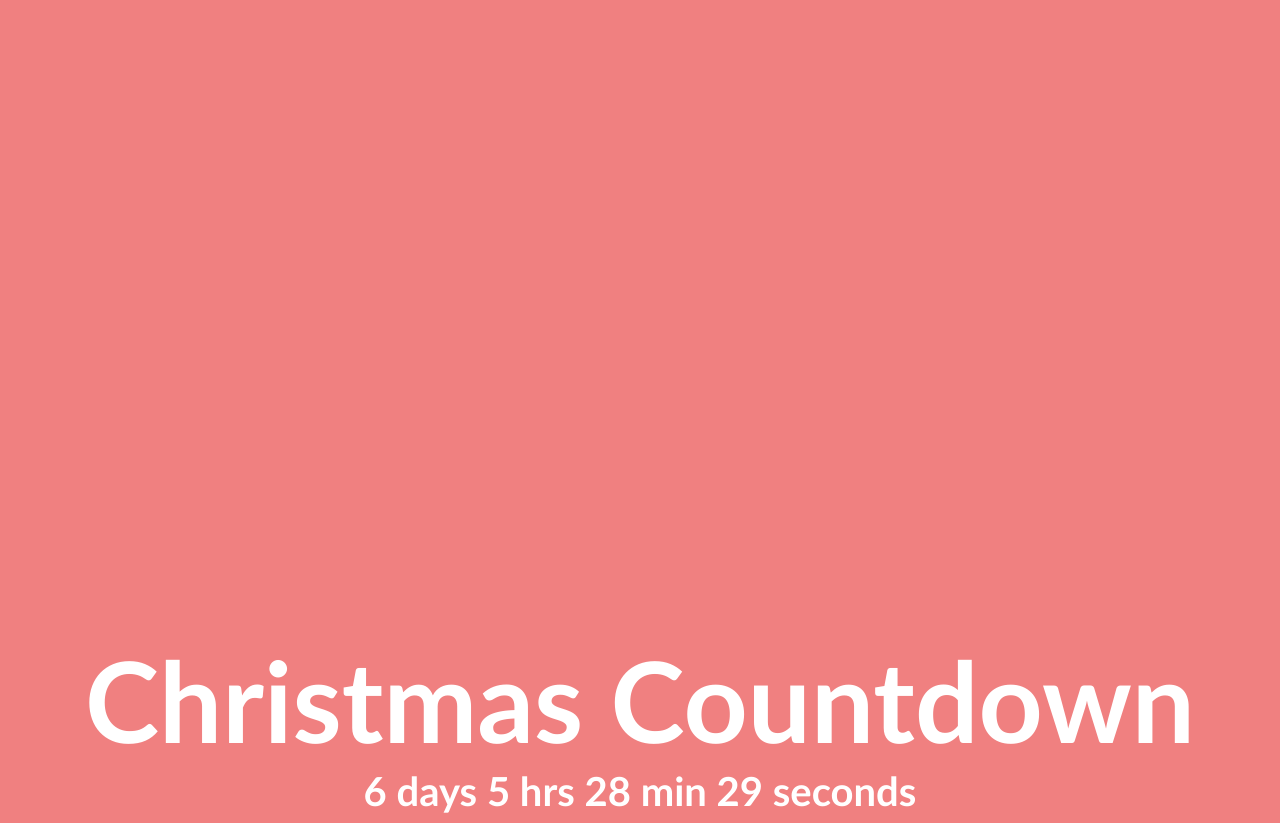
Repository: notMaximilian/countdown-timer
Page: index.html
The author's editor kept a copy of each file at every save. The page is drawn from the files as they stood at one save, then again after the next save.
The browser window is 1280 px wide. The pictures show the whole page.

Above is the page before, as saved 2021-12-18 19:02:59.

### index.html
<html lang="en">
    <head>
        <meta charset="utf-8"/>
        <title>Christmas Countdown</title>
        <link rel="stylesheet" href="styles.css"/>
    </head>
    <body>
        <h1 id="main-text">Christmas Countdown</h1>
        <h1 id="time-left"></h1>
        <script src="app.js"></script>
    </body>
</html>

### styles.css
body{
    background-color: lightcoral;
    text-align: center;
    color:#ffffff;
    font-family: 'Trebuchet MS', 'Lucida Sans Unicode', 'Lucida Grande', 'Lucida Sans', Arial, sans-serif;
}

h1 { padding:0; margin:0; }

#main-text{
    margin-top: 50%;
    font-size: 700%;

}

#time-left{
    font-size:  250%;
}

### app.js
const timeLeft = document.getElementById('time-left')
let timerId;
//Units of time
const second = 1000
const minute = second * 60
const hour = minute * 60
const day = hour * 24

const christmas = new Date('12/25/2021')

function countdown(){
    const today = new Date();
    const timeSpan = christmas - today;

    if(timeSpan <= -day){
        timeLeft.innerHTML("I hope you had a Merry Christmas!!!")
        clearInterval(timerId)
        return
    }

    if (timeSpan <= 0){
        timeLeft.innerHTML("Merry Christmas!!!")
        clearInterval(timerId)
        return
    }

    const days = Math.floor(timeSpan / day)
    const hours = Math.floor((timeSpan % day) / hour)
    const minutes = Math.floor((timeSpan % hour) / minute)
    const seconds = Math.floor((timeSpan % minute) / second)

    timeLeft.innerHTML = days + " days " + hours + " hrs " + minutes + " min " + seconds + " seconds"

}

timerId = setInterval(countdown, second)

After the next save:
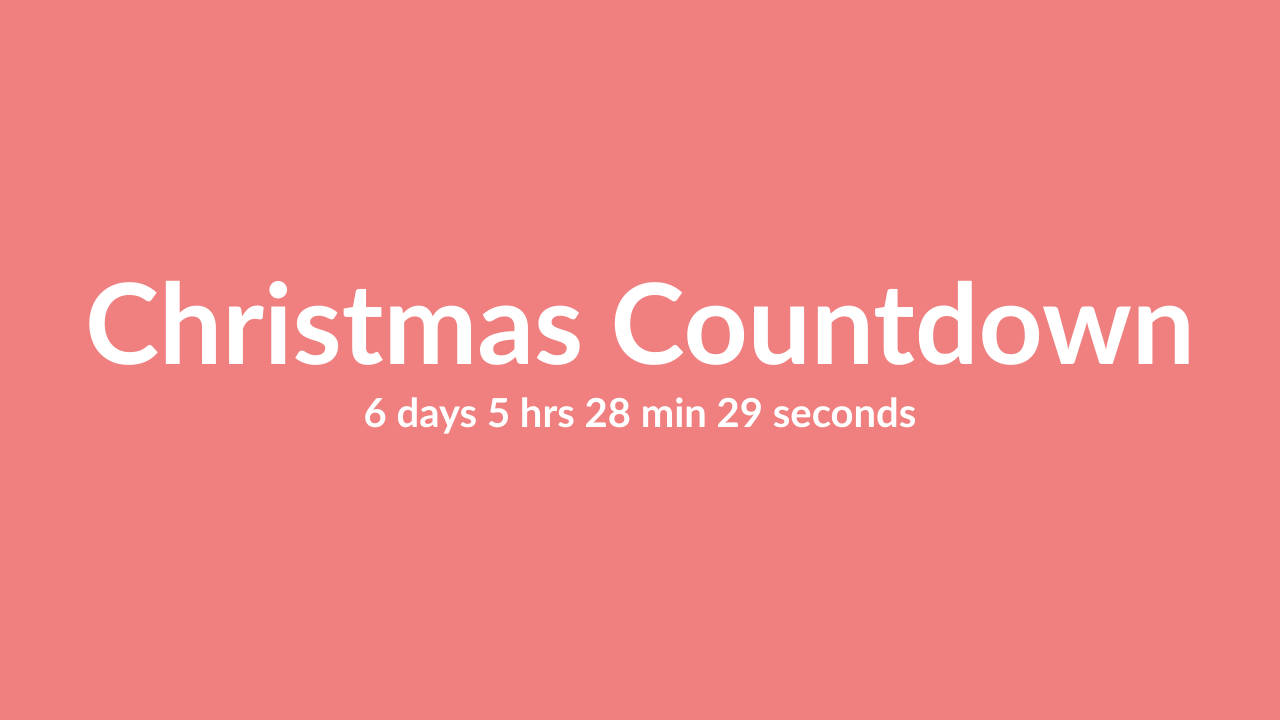
Saved 8 s later.
--- a/styles.css
+++ b/styles.css
@@ -8,7 +8,7 @@ body{
 h1 { padding:0; margin:0; }
 
 #main-text{
-    margin-top: 50%;
+    margin-top: 20%;
     font-size: 700%;
 
 }
